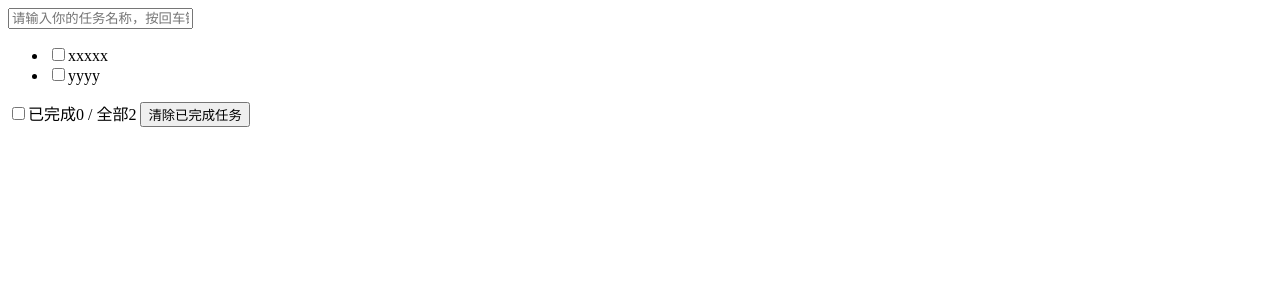
Repository: 319226862/wyy
Page: / (app in vue_test/)
An editor plug-in stored every save of this project. The page is shown before and after the next save, followed by the edit.
The browser window is 1280 px wide. The pictures show the whole page.
The project was rebuilt for these pictures with package versions that can differ from the ones it lists, and the page was loaded fresh each time. Also part of the build but not shown: vue_test/vue.config.js, vue_test/src/components/MyHeader.vue, vue_test/src/components/MyFooter.vue, vue_test/src/components/MyList.vue.

Above is the page before, as saved 2023-06-19 16:42:19.

### vue_test/public/index.html
<!DOCTYPE html>
<html lang="">
  <head>
    <meta charset="utf-8">
    <!-- 针对IE游览器的一个特殊配置，让IE游览器以最高级别的渲染页面 -->
    <meta http-equiv="X-UA-Compatible" content="IE=edge">
    <meta name="viewport" content="width=device-width,initial-scale=1.0">
    <link rel="icon" href="<%= BASE_URL %>favicon.ico">
    <title><%= htmlWebpackPlugin.options.title %></title>
  </head>
  <body>
    <noscript>
      <strong>We're sorry but <%= htmlWebpackPlugin.options.title %> doesn't work properly without JavaScript enabled. Please enable it to continue.</strong>
    </noscript>
    <div id="app"></div>
    <!-- built files will be auto injected -->
  </body>
</html>

### vue_test/src/main.js
// 引入vue
import Vue from 'vue'
// 引入App组件，他所有组件的父组件
import App from './App.vue'

// 关闭vue生产提示
Vue.config.productionTip = false

// 创建vue实例对象--vm
new Vue({
  render: h => h(App),
}).$mount('#app')

### vue_test/src/App.vue
<template>
  <div id="root">
    <div class="todo-container">
      <div class="todo-wrap">
        <div class="todo-header">
          <input type="text" placeholder="请输入你的任务名称，按回车键确认"/>
        </div>
        <ul class="todo-main">
          <li>
            <label>
              <input type="checkbox"/>
              <span>xxxxx</span>
            </label>
            <button class="btn btn-danger" style="display:none">删除</button>
          </li>
          <li>
            <label>
              <input type="checkbox"/>
              <span>yyyy</span>
            </label>
            <button class="btn btn-danger" style="display:none">删除</button>
          </li>
        </ul>
        <div class="todo-footer">
          <label>
            <input type="checkbox"/>
          </label>
          <span>
            <span>已完成0</span> / 全部2
          </span>
          <button class="btn btn-danger">清除已完成任务</button>
        </div>
      </div>
    </div>
  </div>
</template>

<script>
import MyHeader from './components/MyHeader.vue'
import MyFooter from './components/MyFooter.vue'
import MyList from './components/MyList.vue'
export default {
  name:'App',
  data(){
    return{
      msg:'Welcome Vue'
    }
  },
  components:{
    MyHeader,
    MyList,
    MyFooter
  },
}
</script>

After the next save:
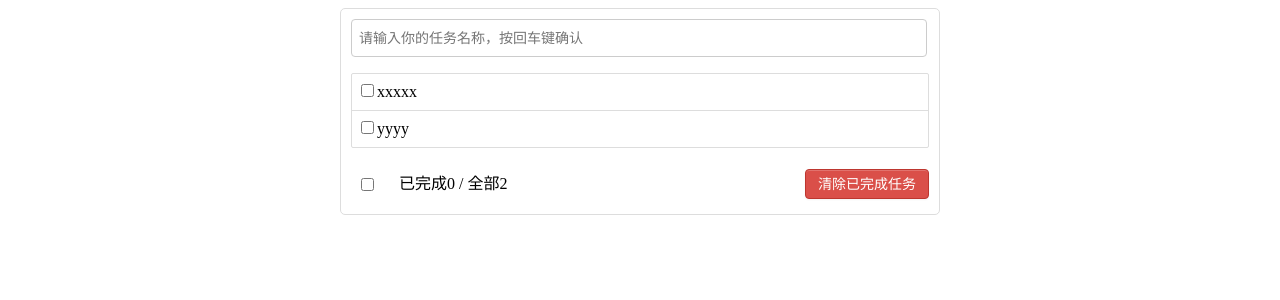
Saved 28 s later.
--- a/vue_test/src/App.vue
+++ b/vue_test/src/App.vue
@@ -53,3 +53,141 @@ export default {
   },
 }
 </script>
+<style>
+/*base*/
+body {
+  background: #fff;
+}
+
+.btn {
+  display: inline-block;
+  padding: 4px 12px;
+  margin-bottom: 0;
+  font-size: 14px;
+  line-height: 20px;
+  text-align: center;
+  vertical-align: middle;
+  cursor: pointer;
+  box-shadow: inset 0 1px 0 rgba(255, 255, 255, 0.2), 0 1px 2px rgba(0, 0, 0, 0.05);
+  border-radius: 4px;
+}
+
+.btn-danger {
+  color: #fff;
+  background-color: #da4f49;
+  border: 1px solid #bd362f;
+}
+
+.btn-danger:hover {
+  color: #fff;
+  background-color: #bd362f;
+}
+
+.btn:focus {
+  outline: none;
+}
+
+.todo-container {
+  width: 600px;
+  margin: 0 auto;
+}
+.todo-container .todo-wrap {
+  padding: 10px;
+  border: 1px solid #ddd;
+  border-radius: 5px;
+}
+
+/*header*/
+.todo-header input {
+  width: 560px;
+  height: 28px;
+  font-size: 14px;
+  border: 1px solid #ccc;
+  border-radius: 4px;
+  padding: 4px 7px;
+}
+
+.todo-header input:focus {
+  outline: none;
+  border-color: rgba(82, 168, 236, 0.8);
+  box-shadow: inset 0 1px 1px rgba(0, 0, 0, 0.075), 0 0 8px rgba(82, 168, 236, 0.6);
+}
+
+/*main*/
+.todo-main {
+  margin-left: 0px;
+  border: 1px solid #ddd;
+  border-radius: 2px;
+  padding: 0px;
+}
+
+.todo-empty {
+  height: 40px;
+  line-height: 40px;
+  border: 1px solid #ddd;
+  border-radius: 2px;
+  padding-left: 5px;
+  margin-top: 10px;
+}
+/*item*/
+li {
+  list-style: none;
+  height: 36px;
+  line-height: 36px;
+  padding: 0 5px;
+  border-bottom: 1px solid #ddd;
+}
+
+li label {
+  float: left;
+  cursor: pointer;
+}
+
+li label li input {
+  vertical-align: middle;
+  margin-right: 6px;
+  position: relative;
+  top: -1px;
+}
+
+li button {
+  float: right;
+  display: none;
+  margin-top: 3px;
+}
+
+li:before {
+  content: initial;
+}
+
+li:last-child {
+  border-bottom: none;
+}
+
+/*footer*/
+.todo-footer {
+  height: 40px;
+  line-height: 40px;
+  padding-left: 6px;
+  margin-top: 5px;
+}
+
+.todo-footer label {
+  display: inline-block;
+  margin-right: 20px;
+  cursor: pointer;
+}
+
+.todo-footer label input {
+  position: relative;
+  top: -1px;
+  vertical-align: middle;
+  margin-right: 5px;
+}
+
+.todo-footer button {
+  float: right;
+  margin-top: 5px;
+}
+
+</style>
